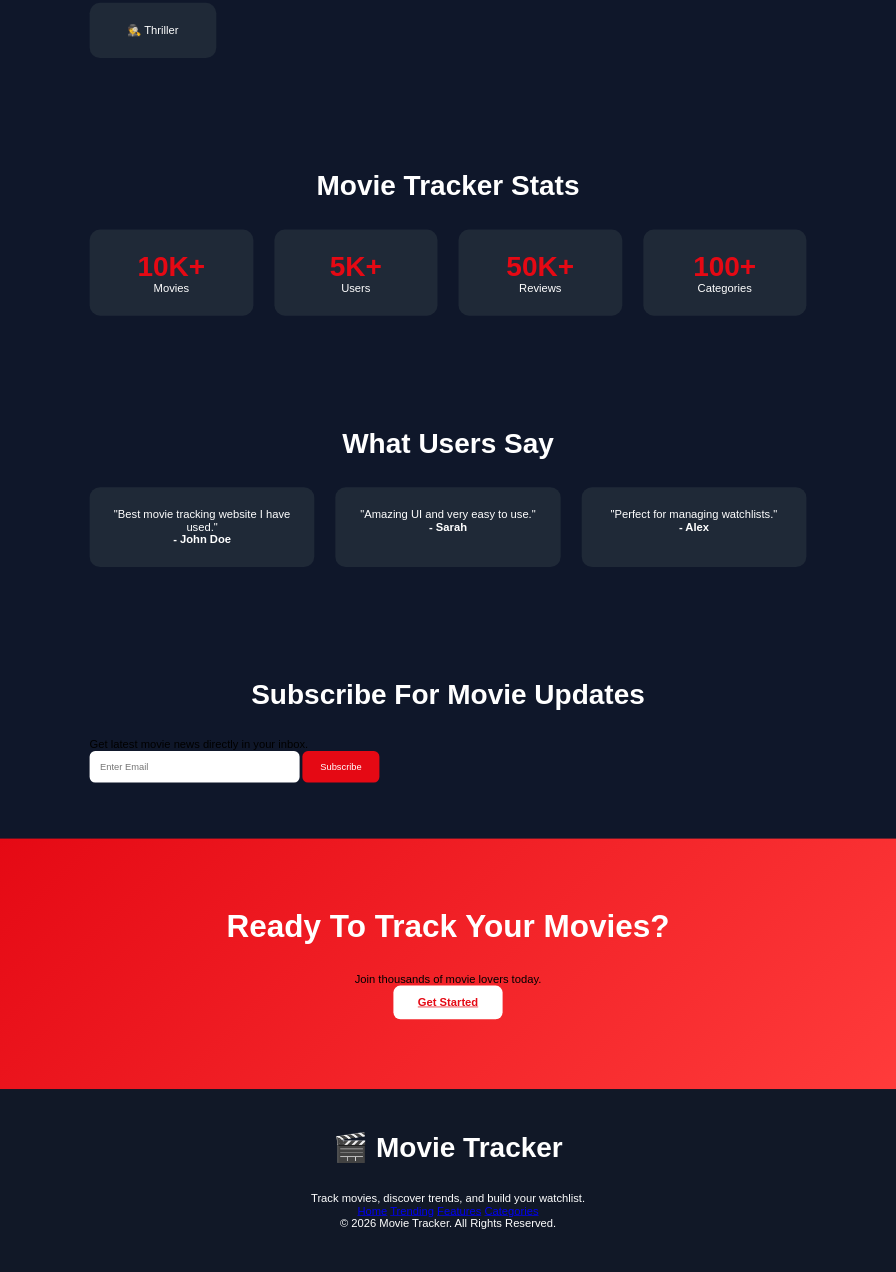
Repository: Dinesh-Codebais/movie-tracker
Page: index.html
The author's editor kept a copy of each file at every save. The page is drawn from the files as they stood at one save, then again after a run of saves.
The browser window is 1280 px wide. The pictures show the part of the page from y = 2950 to 4870 px (the page is 4767 px tall before and 4870 px after), at 70% of full size.

Above is the page before, as saved 2026-06-18 14:24:46.

After the next 3 saves:
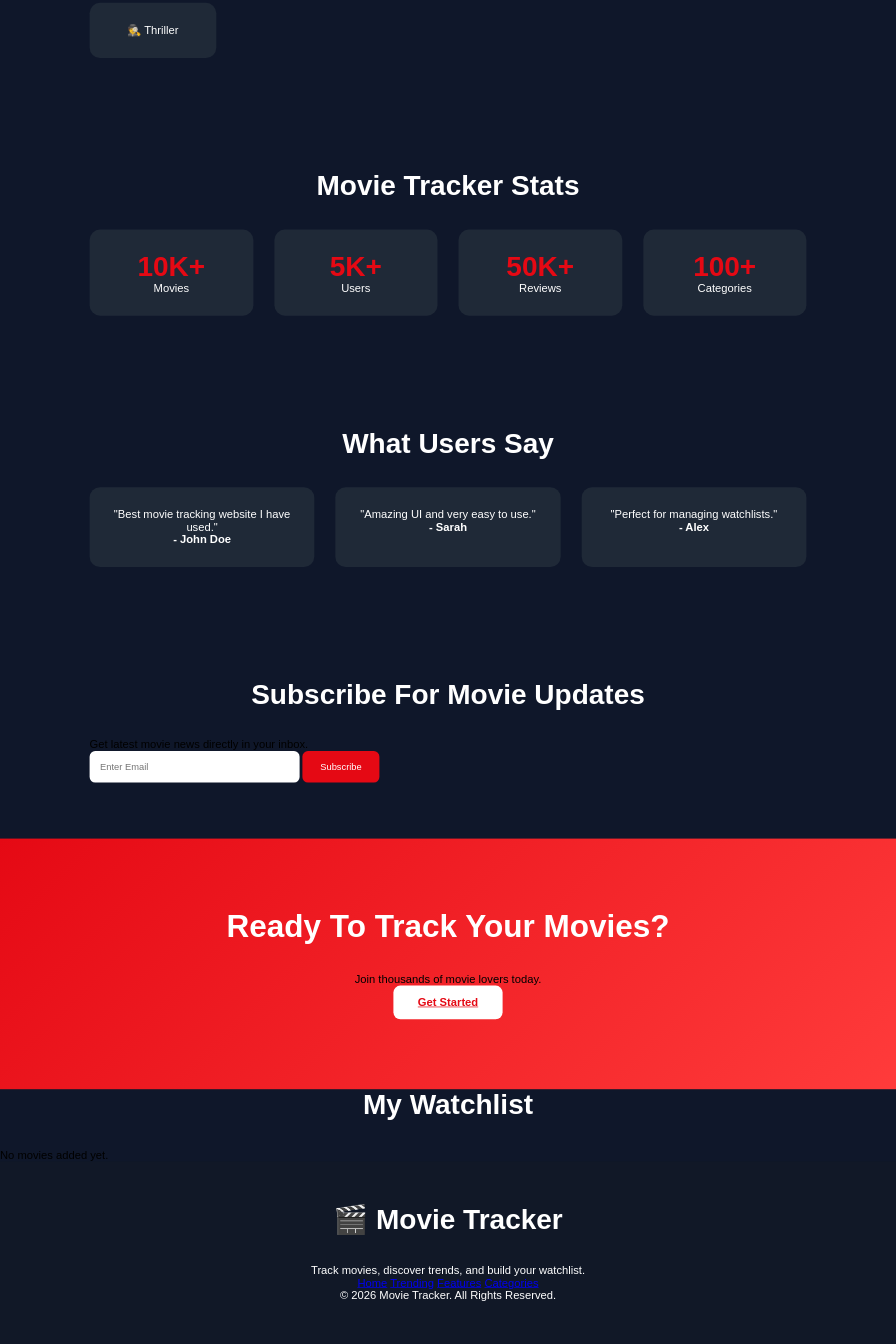
The 3 saves are shown as one change because they came seconds apart.
The last was saved 3 min 48 s later.
--- a/index.html
+++ b/index.html
@@ -236,6 +236,16 @@
 
 </section>
 
+<!-- WATCHLIST -->
+
+<section class="watchlist" id="watchlist">
+
+    <h2>My Watchlist</h2>
+
+    <p>No movies added yet.</p>
+
+</section>
+
 <!-- FOOTER -->
 <footer class="footer" id="contact">
 
